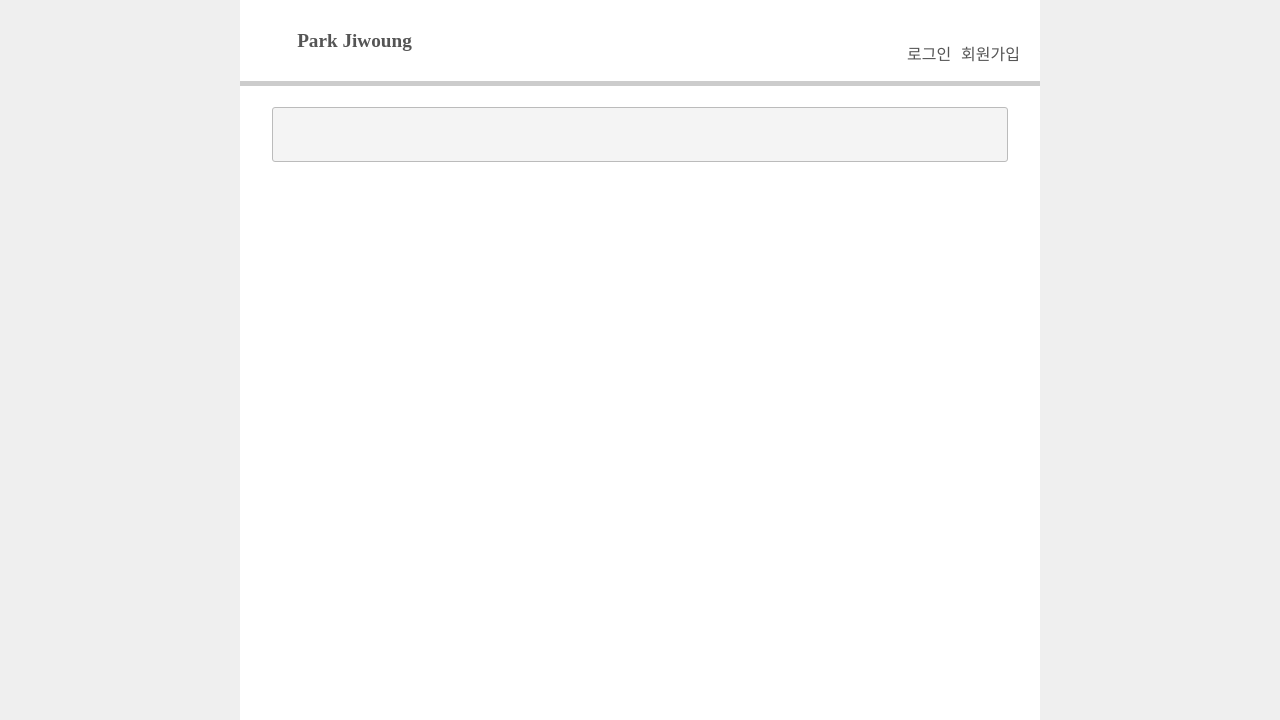
Repository: park-jiwoong/webClass
Page: http://localhost/jspPro/days02/ex03.jsp
An editor plug-in stored every save of this project. The page is shown before and after the next save, followed by the edit.
The browser window is 1280 px wide. The pictures show the whole page.
Some web fonts or font styles are not loaded; a fallback is used. The page is served by Tomcat 9.

Above is the page before, as saved 2025-05-22 05:47:32.

After the next save:
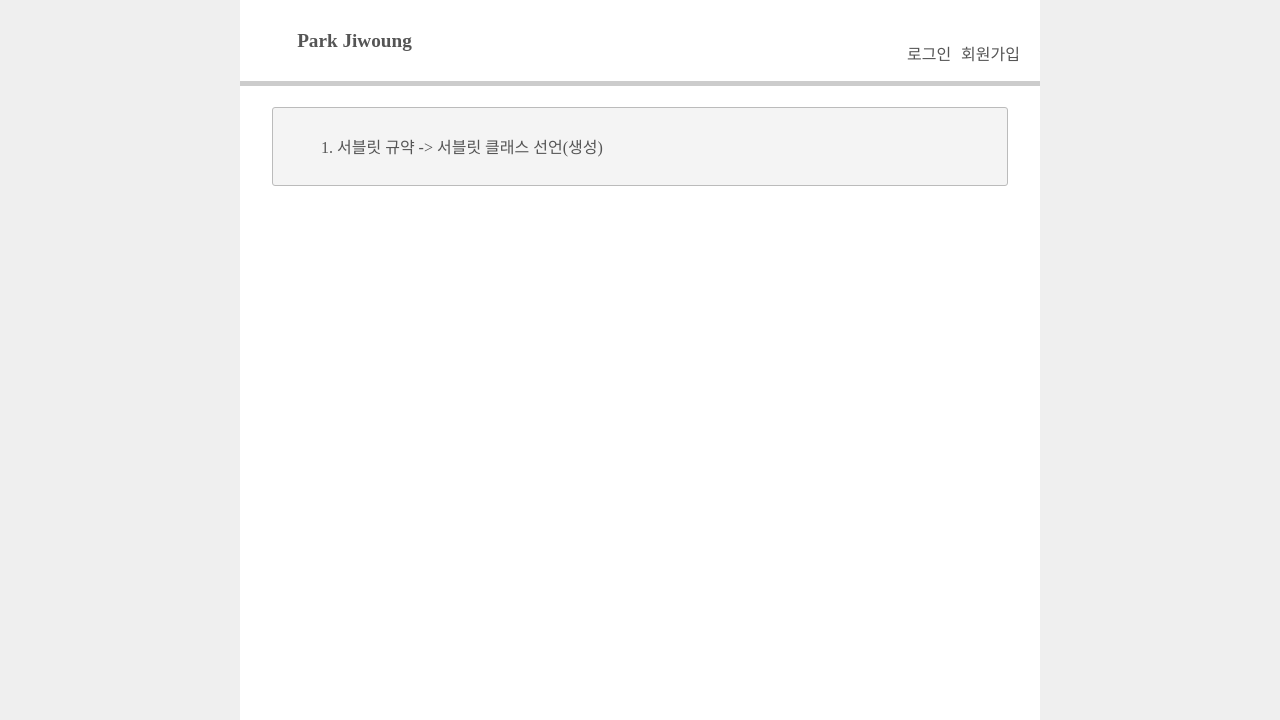
Saved 38 min 39 s later.
--- a/webPro/src/main/webapp/JSPClass/jspPro/src/main/webapp/days02/ex03.jsp
+++ b/webPro/src/main/webapp/JSPClass/jspPro/src/main/webapp/days02/ex03.jsp
@@ -25,6 +25,7 @@
 </header>
 <div>
     <xmp class="code">
+    	1. 서블릿 규약 -> 서블릿 클래스 선언(생성)
     </xmp>
 </div>
 </body>
